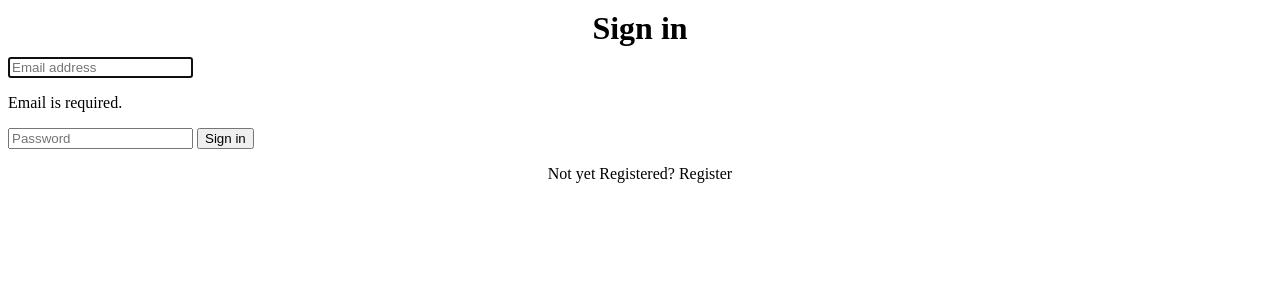
Repository: sagarpatil11/ToDo
Page: todo/src/main/webapp/templates/login.html
These files come from the project's save history. The page is drawn as it stood at one moment and after the next save; the edit follows.
The browser window is 1280 px wide. The pictures show the whole page.

Above is the page before, as saved 2017-07-21 07:33:45.

### todo/src/main/webapp/templates/login.html
<div class="container">
        <div class="card card-container">
           <h1 style="text-align: center;margin:10px">Sign in</h1>

            <form class="form-signin" name="userform" method="post">

            	<div class="form-group">
                	<input type="email" data-ng-model="email" name="email" id="inputEmail" class="form-control" placeholder="Email address" required autofocus>
               		<p data-ng-show="userform.email.$invalid && userform.email.$touched" class="errormsg">Email is required.</p>
               	</div>

              	<input type="password" data-ng-model="password" id="inputPassword" class="form-control" placeholder="Password" required>

                <button class="btn btn-lg btn-primary btn-block btn-signin" type="submit" data-ng-click="signin()">Sign in</button>
            </form>

            <p style="text-align: center;">Not yet Registered?<a ui-sref="register"> Register</a></p>

        </div>
</div>

After the next save:
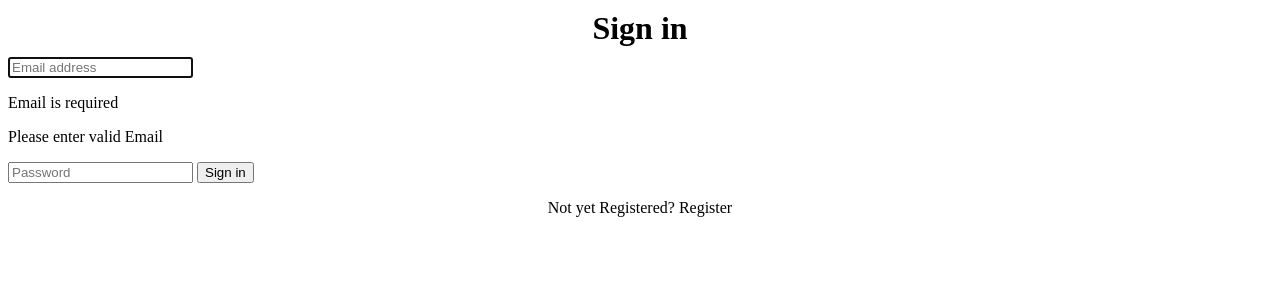
Saved 3 min 55 s later.
--- a/todo/src/main/webapp/templates/login.html
+++ b/todo/src/main/webapp/templates/login.html
@@ -6,7 +6,8 @@
 
             	<div class="form-group">
                 	<input type="email" data-ng-model="email" name="email" id="inputEmail" class="form-control" placeholder="Email address" required autofocus>
-               		<p data-ng-show="userform.email.$invalid && userform.email.$touched" class="errormsg">Email is required.</p>
+               		<p data-ng-show="userform.email.$invalid && userform.email.$touched" class="errormsg">Email is required</p>
+               		<p data-ng-show="userform.email.$invalid.email && userform.email.$touched" class="errormsg">Please enter valid Email</p>
                	</div>
 
               	<input type="password" data-ng-model="password" id="inputPassword" class="form-control" placeholder="Password" required>
